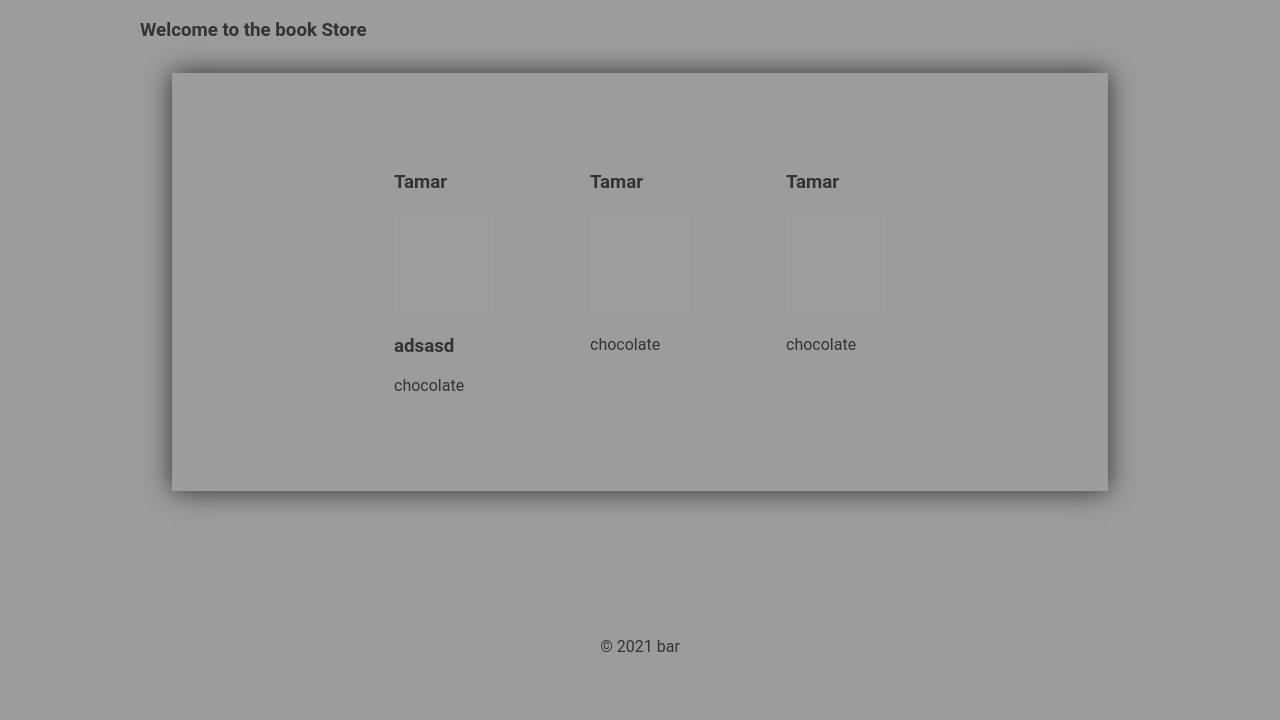
Repository: Axe33ile/React_JS
Page: / (app in book/)
These files come from the project's save history. The page is drawn as it stood at one moment and after the next save; the edit follows.
The browser window is 1280 px wide. The pictures show the whole page.
Pictures or frames that could not be fetched are drawn as grey boxes. The project was rebuilt for these pictures with package versions that can differ from the ones it lists, and the page was loaded fresh each time.

Above is the page before, as saved 2021-04-24 00:23:43.

After the next save:
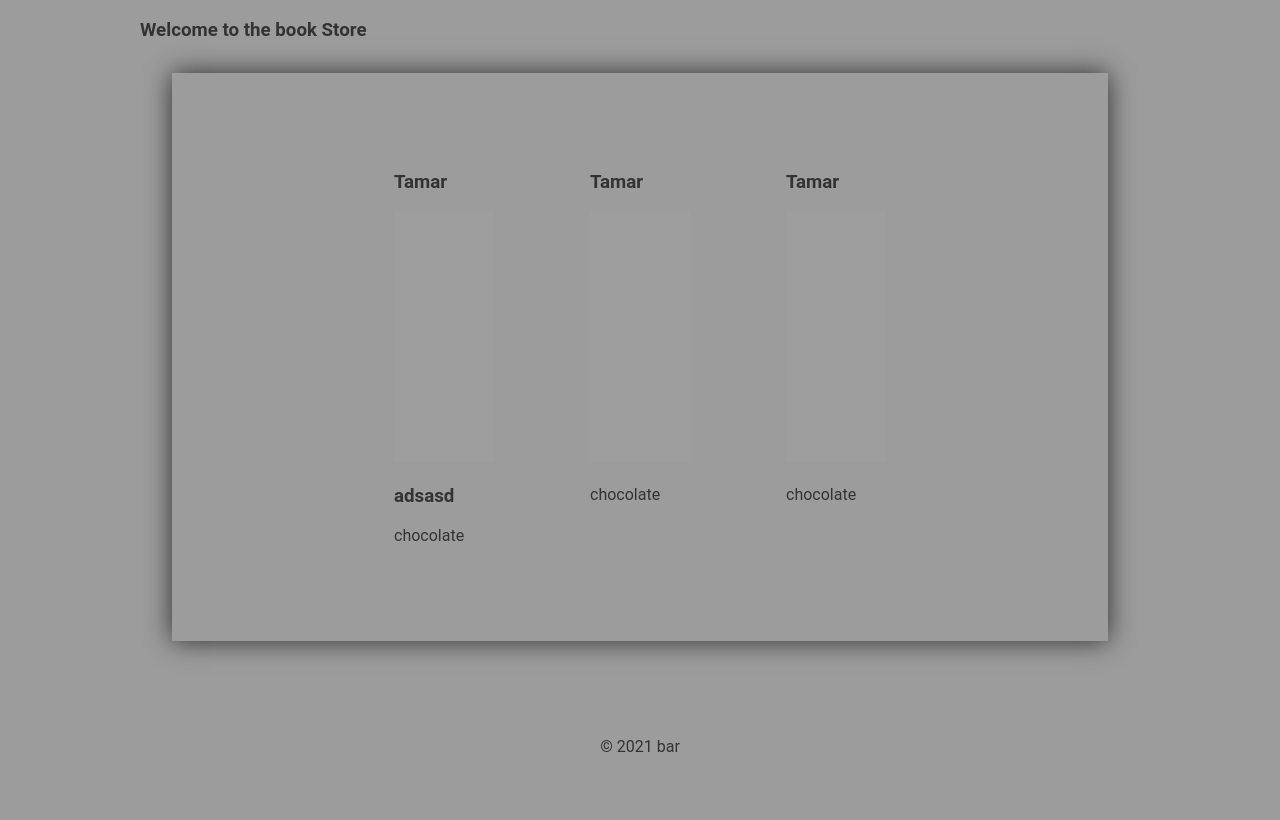
Saved 42 s later.
--- a/book/src/index.css
+++ b/book/src/index.css
@@ -60,6 +60,6 @@ footer {
 }
 
 .photo {
-      height: 100px;
+      height: 250px;
       width: 100px;
  }
